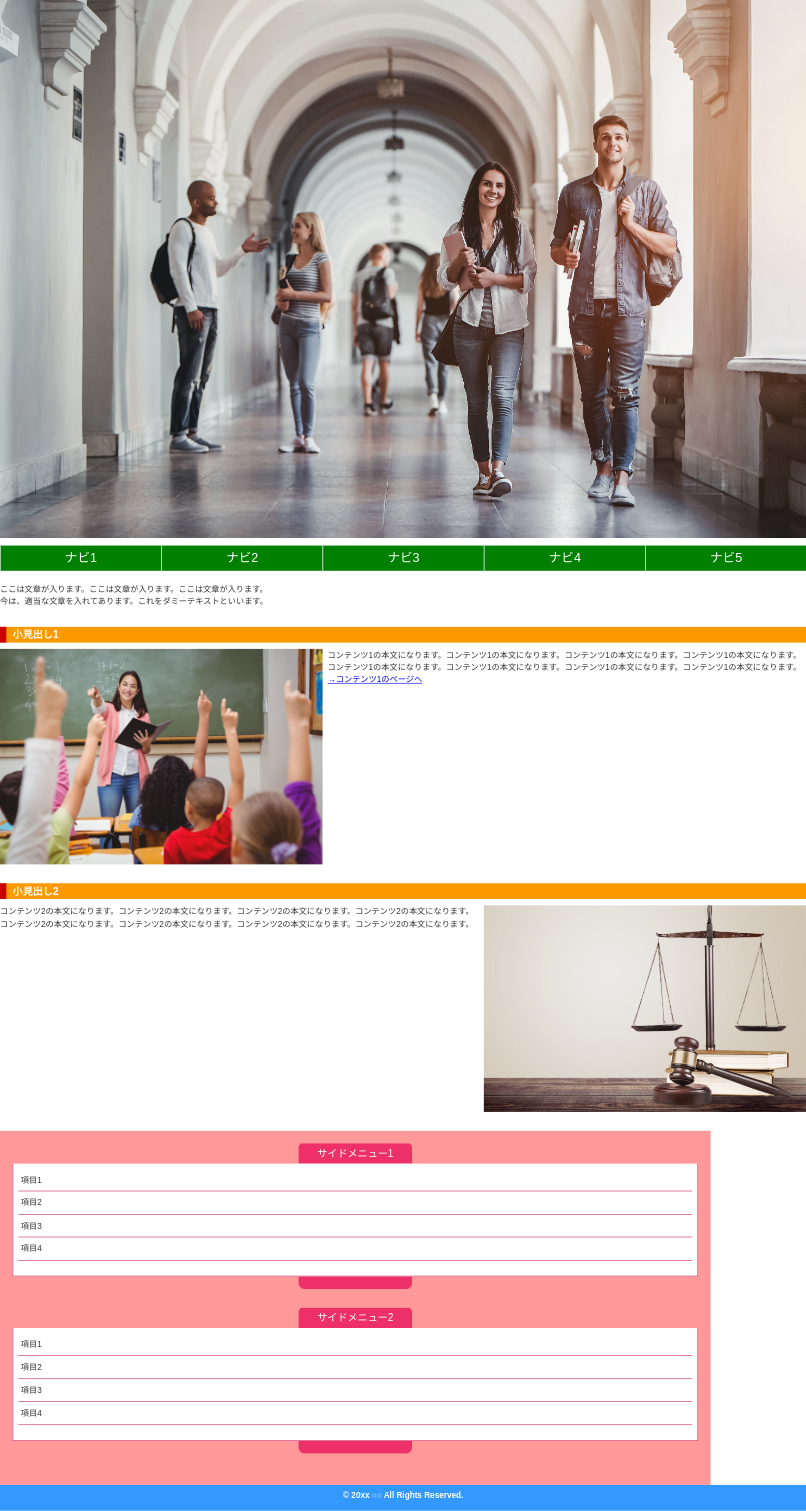
Repository: hayatesan8810/samurai_HTML-CSS
Page: home.html
The author's editor kept a record of every edit. The page is drawn from the files as they stood at one moment, then again after the next edit.
The browser window is 1280 px wide. The pictures show the whole page, at 63% of full size.

Above is the page before.

After the next edit:
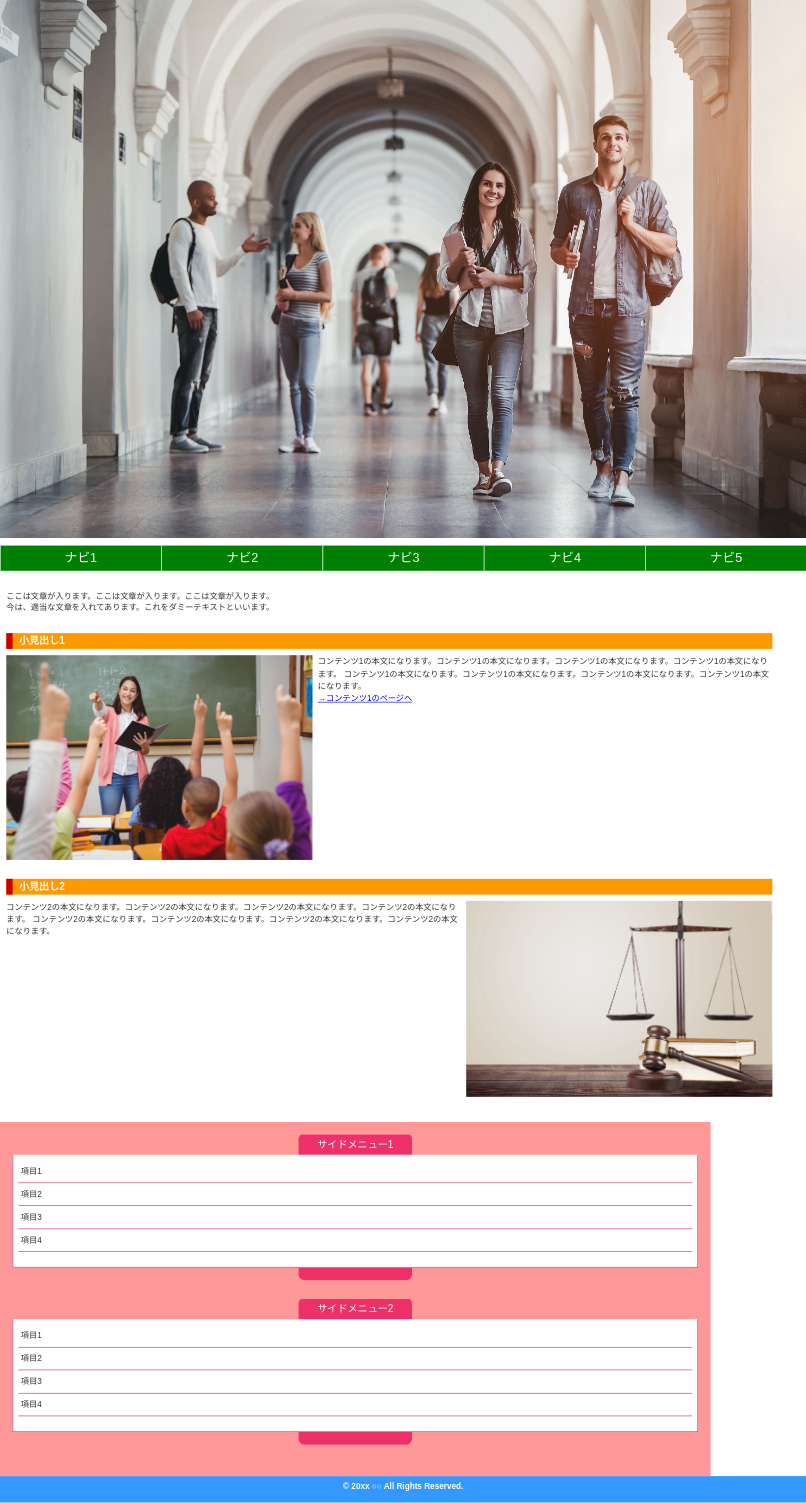
The edit:
--- a/stylesheet.css
+++ b/stylesheet.css
@@ -85,7 +85,7 @@
 }
 /* -------------------- main -------------------- */
 #main {
-    width: 95%
+    width: 95%;
 	padding: 10px 30px 10px 10px;
 }
 #main h2 {
